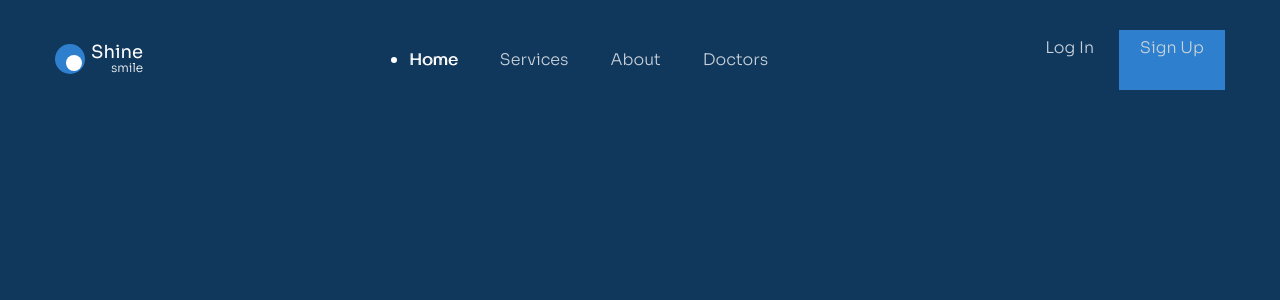
Repository: Tran-Dat/F8_Project_03
Page: index.html
An editor plug-in stored every save of this project. The page is shown before and after the next save, followed by the edit.
The browser window is 1280 px wide. The pictures show the whole page.

Above is the page before, as saved 2023-04-03 09:52:49.

After the next save:
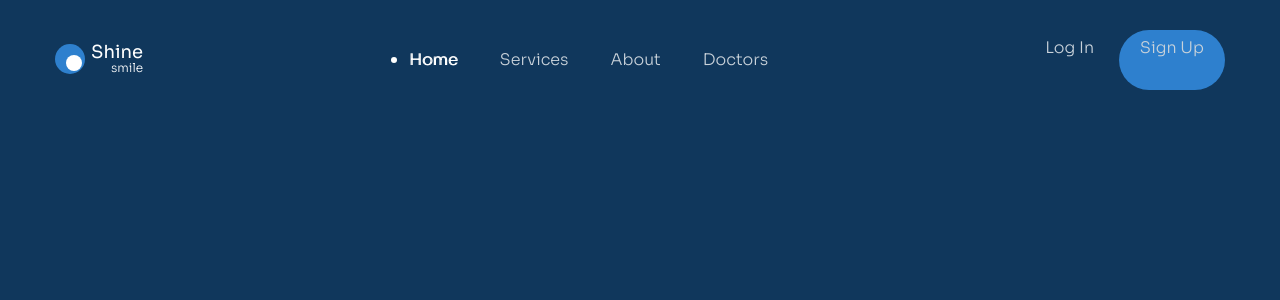
Saved 8 s later.
--- a/assets/css/style.css
+++ b/assets/css/style.css
@@ -21,6 +21,7 @@ body {
     display: inline-block;
     padding: 0 20px;
     height: 60px;
+    border-radius: 99px;
     line-height: 60px;
 
     color: #fff;
